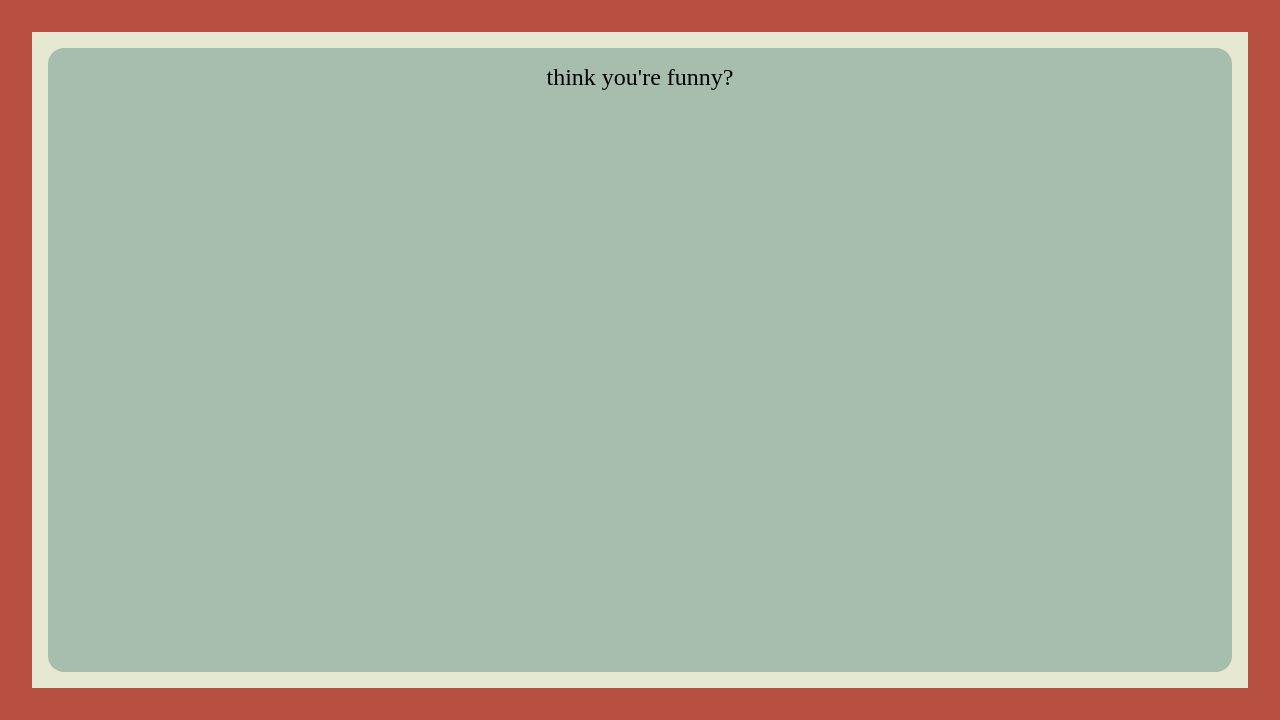
Repository: elchananChen/joke-api
Page: Client/index.html
These files come from the project's save history. The page is drawn as it stood at one moment and after the next save; the edit follows.
The browser window is 1280 px wide. The pictures show the whole page.
The page's requests for data from a server got no answer.

Above is the page before, as saved 2024-11-05 03:28:16.
Console error: TypeError: jokes.forEach is not a function

After the next save:
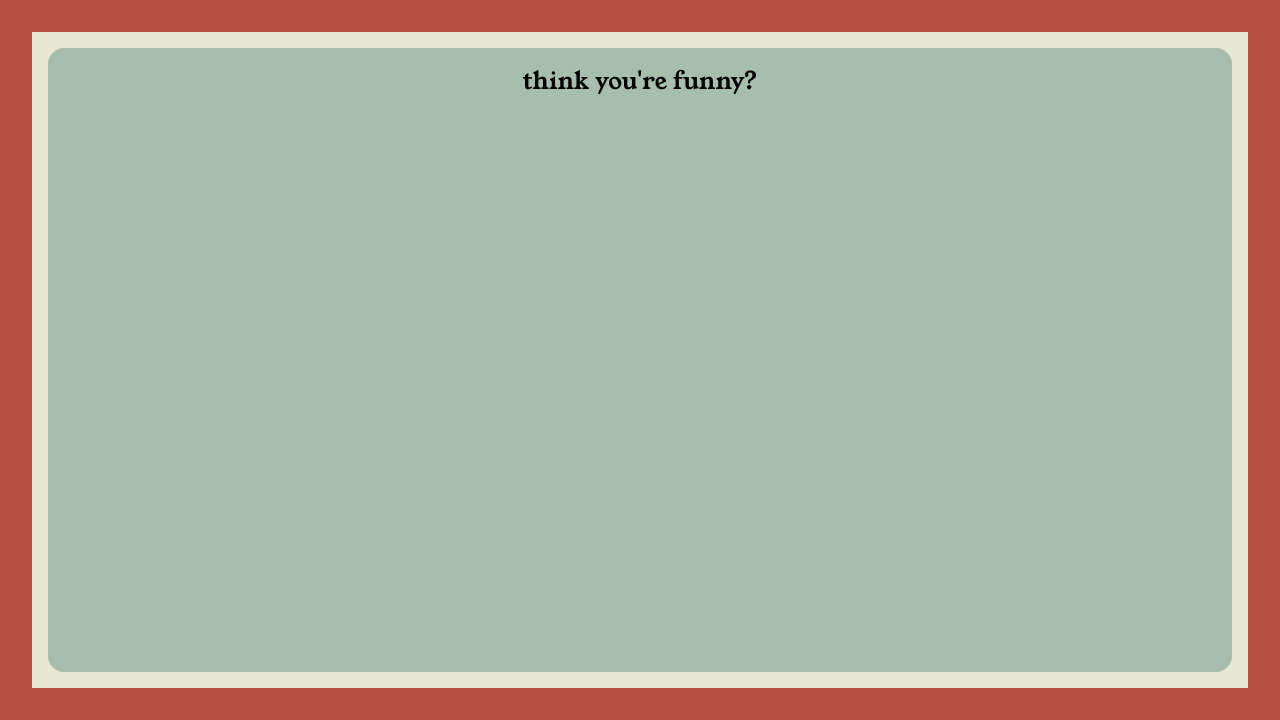
Saved 27 s later.
--- a/Client/styles.css
+++ b/Client/styles.css
@@ -1,5 +1,6 @@
 @import url("./css/variebles.css");
 @import url("./css/reset.css");
+@import url("./css/fonts.css");
 
 article {
   display: flex;
